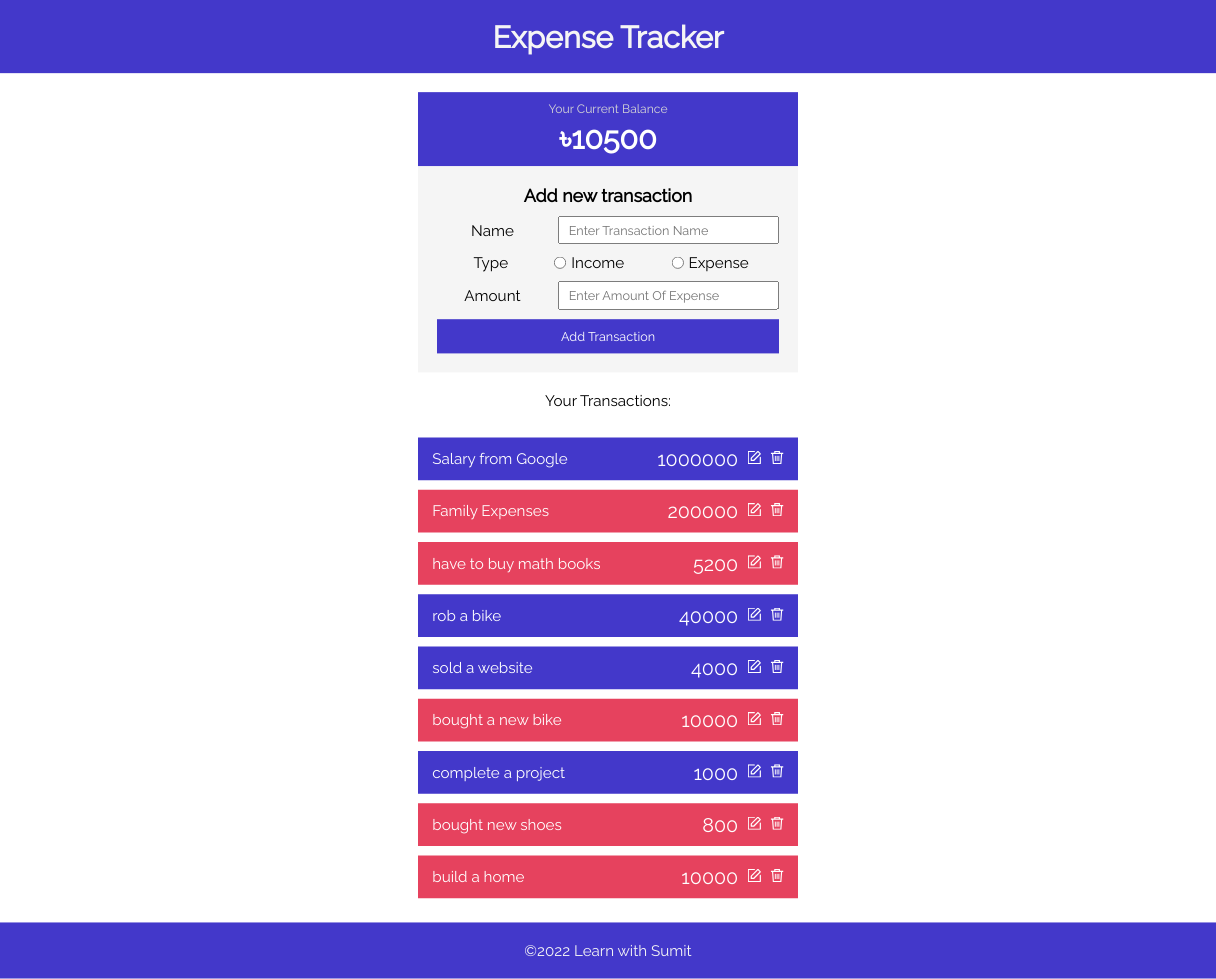
Repository: Tanvir3744/redux-expense-tracker
Page: /
An editor plug-in stored every save of this project. The page is shown before and after the next save, followed by the edit.
The browser window is 1280 px wide. The pictures show the whole page, at 95% of full size.
The project was rebuilt for these pictures with package versions that can differ from the ones it lists, and the page was loaded fresh each time. Requests to the local data server were answered from the project's data file.

Above is the page before, as saved 2022-11-10 00:35:46.

After the next save:
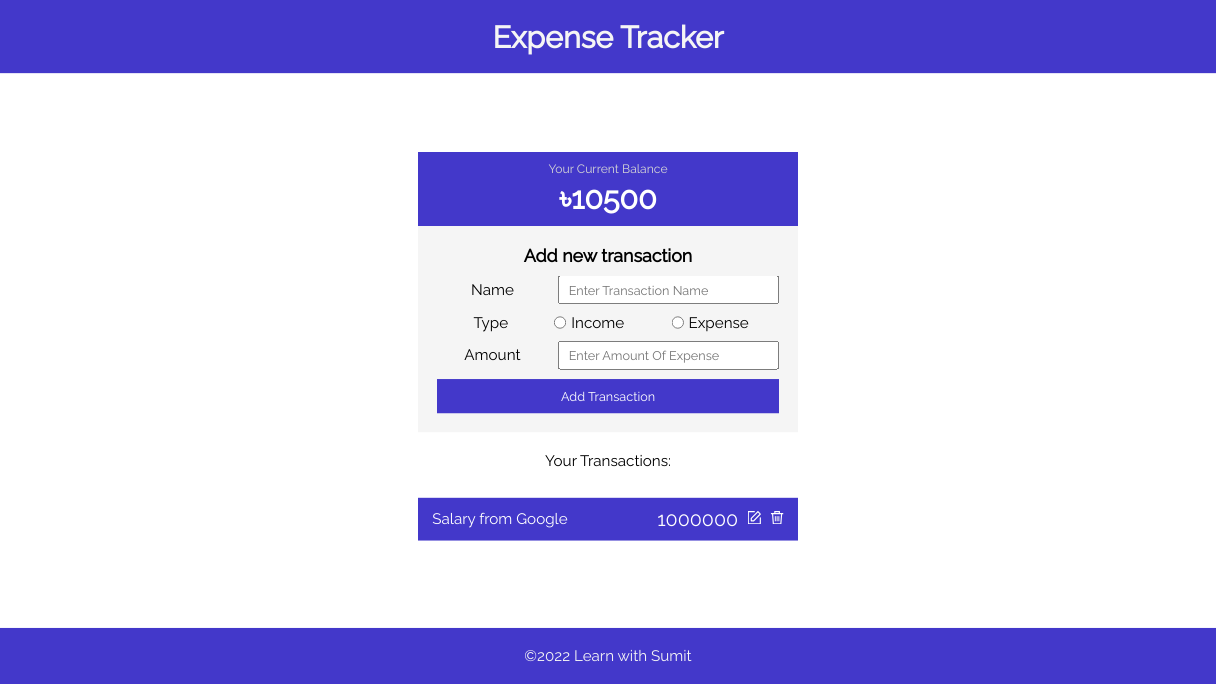
Saved 9 s later.
--- a/server/db_transactions.json
+++ b/server/db_transactions.json
@@ -5,54 +5,6 @@
       "name": "Salary from Google",
       "type": "income",
       "amount": 1000000
-    },
-    {
-      "id": 2,
-      "name": "Family Expenses",
-      "type": "expense",
-      "amount": 200000
-    },
-    {
-      "name": "have to buy math books",
-      "type": "expense",
-      "amount": 5200,
-      "id": 3
-    },
-    {
-      "name": "rob a bike",
-      "type": "income",
-      "amount": 40000,
-      "id": 4
-    },
-    {
-      "name": "sold a website",
-      "type": "income",
-      "amount": 4000,
-      "id": 5
-    },
-    {
-      "name": "bought a new bike",
-      "type": "expense",
-      "amount": 10000,
-      "id": 6
-    },
-    {
-      "name": "complete a project",
-      "type": "income",
-      "amount": 1000,
-      "id": 7
-    },
-    {
-      "name": "bought new shoes",
-      "type": "expense",
-      "amount": 800,
-      "id": 8
-    },
-    {
-      "name": "build a home",
-      "type": "expense",
-      "amount": 10000,
-      "id": 9
     }
   ]
 }
